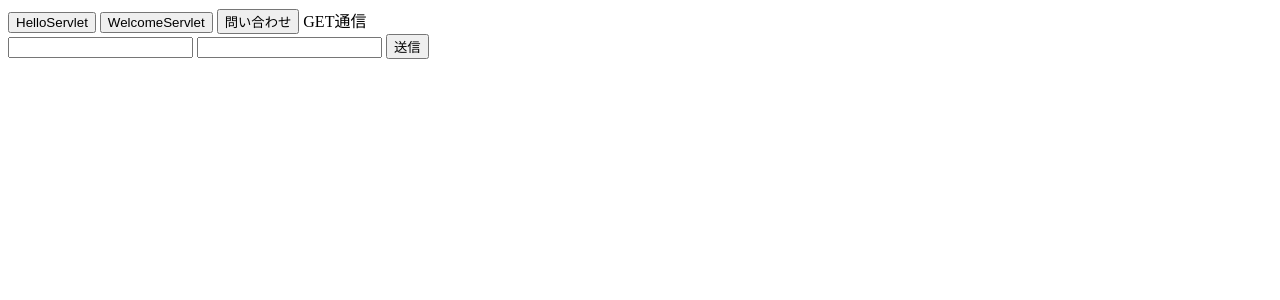
Repository: hmori696/test
Page: http://localhost/HelloServlet/
An editor plug-in stored every save of this project. The page is shown before and after the next save, followed by the edit.
The browser window is 1280 px wide. The pictures show the whole page.
The page is served by Tomcat 9. Other server files are loaded and not shown.

Above is the page before, as saved 2019-09-04 10:48:00.

### HelloServlet/WebContent/index.jsp
<%@ page language="java" contentType="text/html; charset=UTF-8"
    pageEncoding="UTF-8"%>
<!DOCTYPE html >
<html>
<head>
<meta charset="UTF-8">
<title>HelloServlet</title>
</head>
<body>
<input type="button"value="HelloServlet"onClick="location.href='HelloServlet'">
<input type="button"value="WelcomeServlet"onClick="location.href='welcome.jsp'">
<input type="button"value="問い合わせ"onClick="location.href='inquiry.jsp'">

GET通信
<form method="get"action="TestServlet">
<input type="text" name="username">
<input type="password"name="password">
<input type="submit"value="送信">
</form>








</body>
</html>

After the next save:
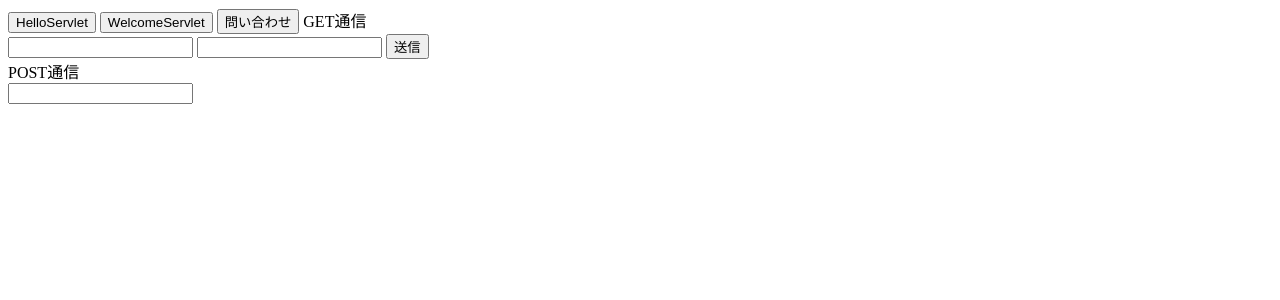
Saved 74 s later.
--- a/HelloServlet/WebContent/index.jsp
+++ b/HelloServlet/WebContent/index.jsp
@@ -17,7 +17,13 @@
 <input type="password"name="password">
 <input type="submit"value="送信">
 </form>
+POST通信
+<form method="post" action="TestServlet">
+<input type="text"name="username">
 
+
+
+</form>
 
 
 
